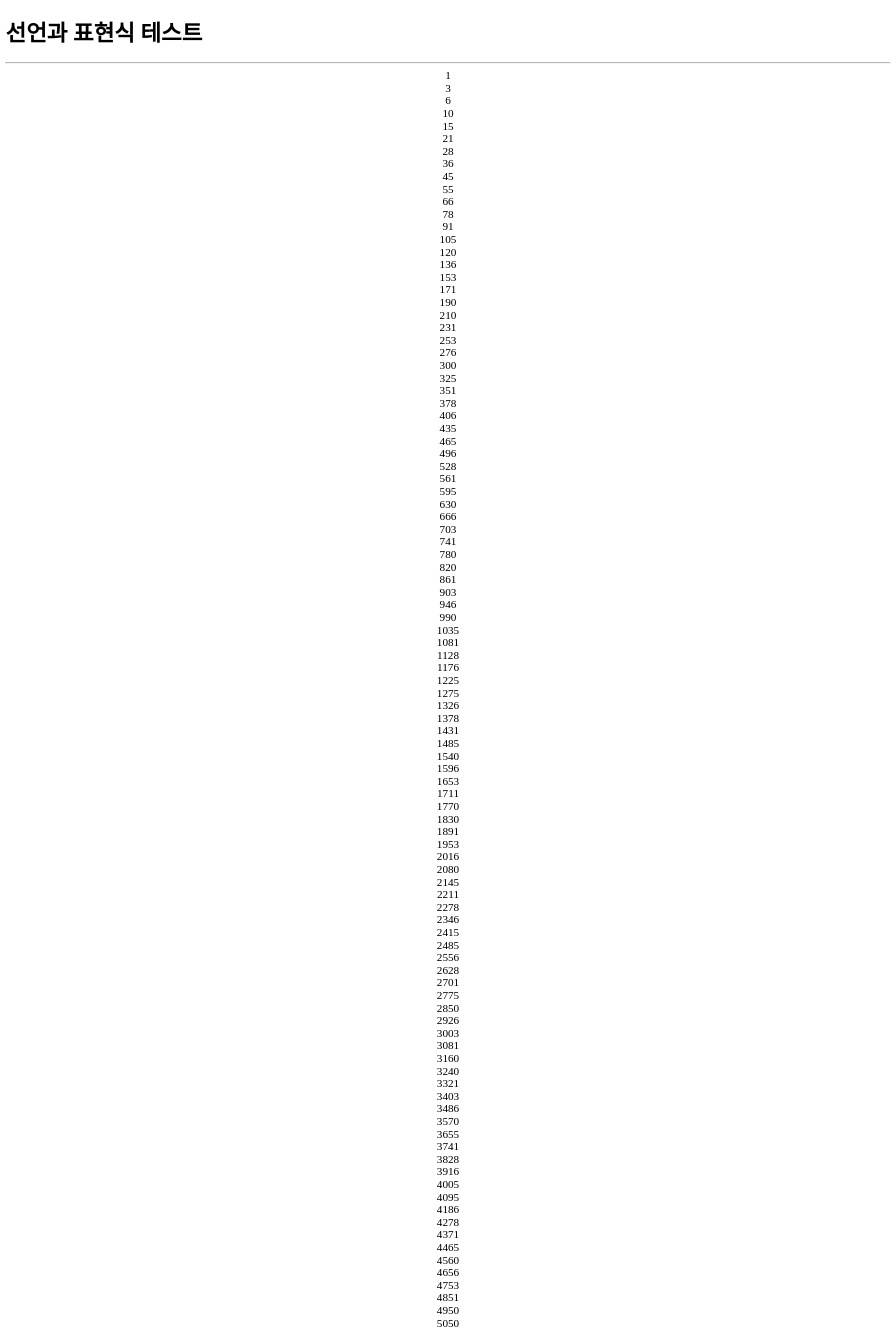
Repository: HyeonbinSa/JSPBook
Page: http://localhost/jspbook/ch05/scriptlet.jsp
The author's editor kept a copy of each file at every save. The page is drawn from the files as they stood at one save, then again after a run of saves.
The browser window is 1280 px wide. The pictures show the whole page, at 70% of full size.
The page is served by Tomcat 9.

Above is the page before, as saved 2020-01-02 08:38:22.

After the next 2 saves:
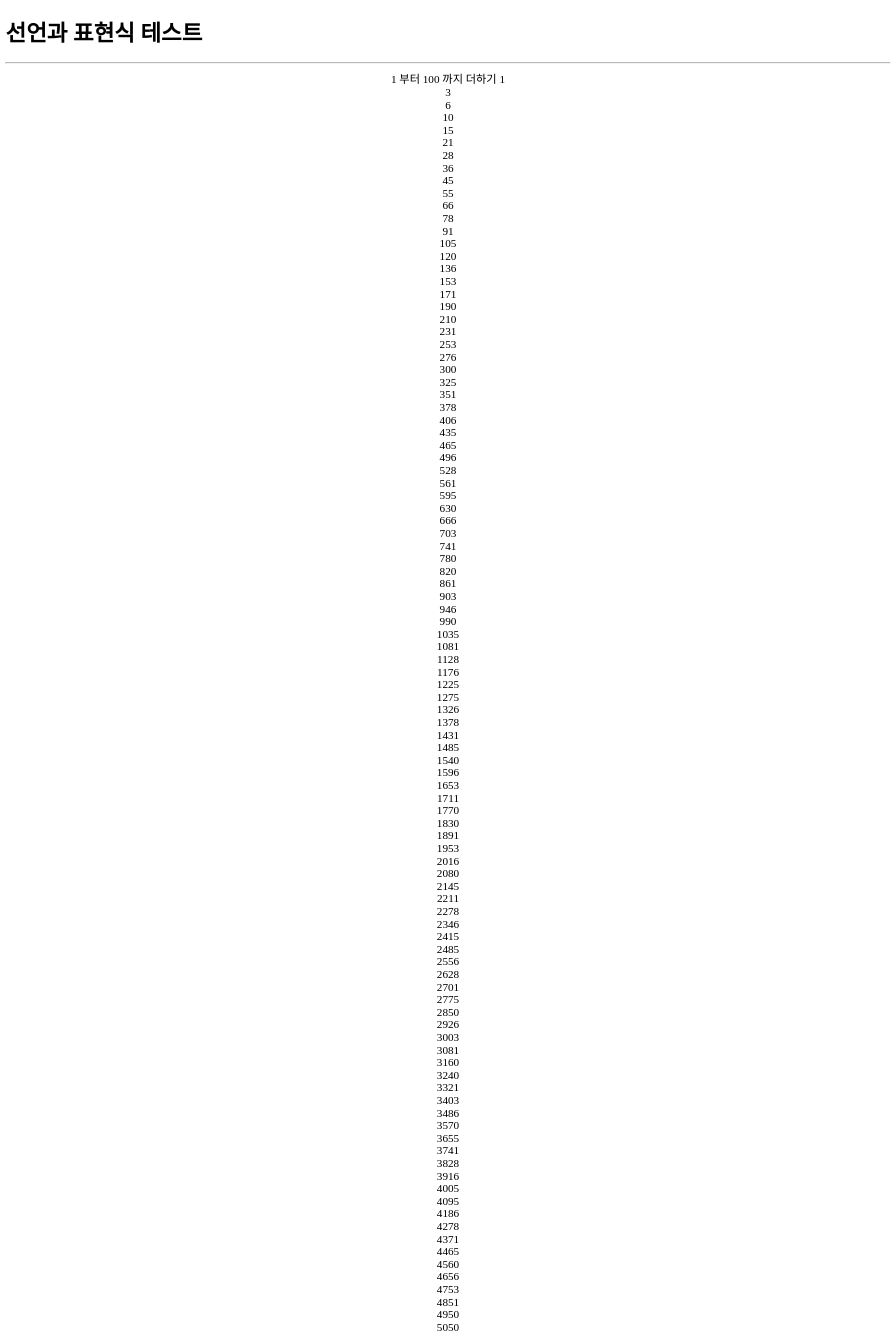
The 2 saves are shown as one change because they came seconds apart.
The last was saved 47 s later.
--- a/jspbook/WebContent/ch05/scriptlet.jsp
+++ b/jspbook/WebContent/ch05/scriptlet.jsp
@@ -21,6 +21,7 @@
 <h1>선언과 표현식 테스트</h1>
 <hr>
 <div align="center">
+1 부터 100 까지 더하기
 <%
 	for(int i = 1; i<=100 ; i++){
 		sum += i;
